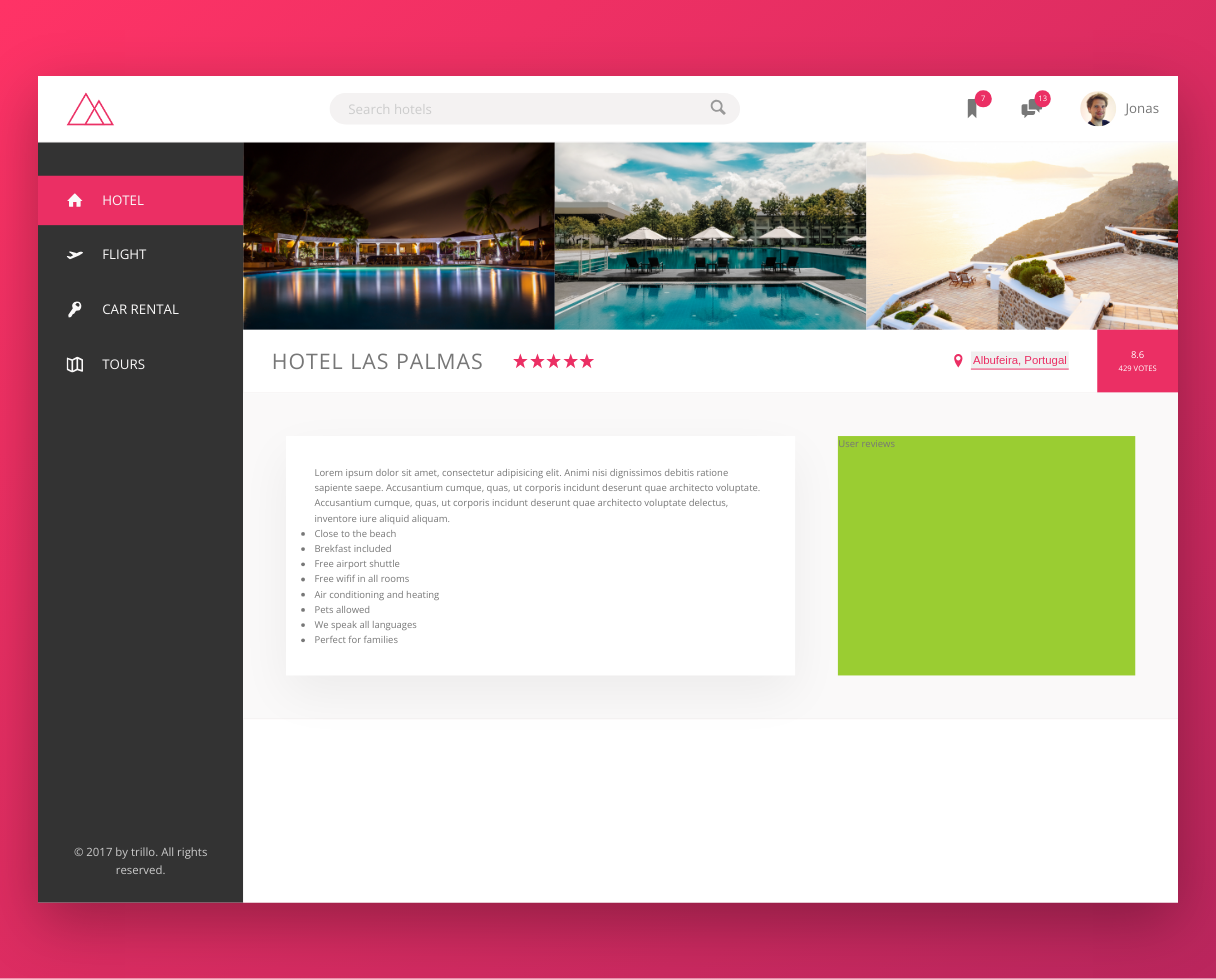
Repository: MalgorzataMazur/Trillo
Page: index.html
An editor plug-in stored every save of this project. The page is shown before and after the next save, followed by the edit.
The browser window is 1280 px wide. The pictures show the whole page, at 95% of full size.
The style sheet was rebuilt from its Sass, Less or Tailwind sources for each picture, by a compiler version that may differ from the author's.

Above is the page before, as saved 2020-03-27 18:55:32.

### index.html
<!DOCTYPE html>
<html lang="en">
    <head>
        <meta charset="UTF-8">
        <meta name="viewport" content="width=device-width, initial-scale=1.0">

        <link href="https://fonts.googleapis.com/css?family=Open+Sans:300,400,600" rel="stylesheet">
        <link rel="stylesheet" href="css/style.css">
        <link rel="shortcut icon" type="image/png" href="img/favicon.png">

        <title>trillo &mdash; Your all-in-one booking app</title>
    </head>
    <body>
        <div class="container">
            <header class="header">
                <img src="img/logo.png" alt="trillo logo" class="logo">

                <form action="#" class="search">
                    <input type="text" class="search__input" placeholder="Search hotels">
                    <button class="search__button">
                        <svg class="search__icon">
                            <use xlink:href="img/sprite.svg#icon-magnifying-glass"></use> <!--include svg -->
                        </svg>
                    </button>
                </form>

                <nav class="user-nav">
                    <div class="user-nav__icon-box">
                        <svg class="user-nav__icon">
                            <use xlink:href="img/sprite.svg#icon-bookmark"></use>
                        </svg>
                        <span class="user-nav__notification">7</span>
                    </div>
                    <div class="user-nav__icon-box">
                        <svg class="user-nav__icon">
                            <use xlink:href="img/sprite.svg#icon-chat"></use>
                        </svg>
                        <span class="user-nav__notification">13</span>
                    </div>
                    <div class="user-nav__user">
                        <img src="img/user.jpg" alt="User photo" class="user-nav__user-photo">
                        <span class="user-nav__user-name">Jonas</span>
                    </div>
                </nav>
            </header>
            <div class="content">
                <nav class="sidebar">
                    <ul class="side-nav">
                        <li class="side-nav__item side-nav__item--active">
                            <a href="#" class="side-nav__link">
                                <svg class="side-nav__icon">
                                    <use xlink:href="img/sprite.svg#icon-home"></use>
                                </svg>
                                <span>Hotel</span>
                            </a>
                        </li>
                        <li class="side-nav__item">
                            <a href="#" class="side-nav__link">
                                <svg class="side-nav__icon">
                                    <use xlink:href="img/sprite.svg#icon-aircraft-take-off"></use>
                                </svg>
                                <span>Flight</span>
                            </a>
                        </li>
                        <li class="side-nav__item">
                            <a href="#" class="side-nav__link">
                                <svg class="side-nav__icon">
                                    <use xlink:href="img/sprite.svg#icon-key"></use>
                                </svg>
                                <span>Car rental</span>
                            </a>
                        </li>
                        <li class="side-nav__item">
                            <a href="#" class="side-nav__link">
                                <svg class="side-nav__icon">
                                    <use xlink:href="img/sprite.svg#icon-map"></use>
                                </svg>
                                <span>Tours</span>
                            </a>
                        </li>
                    </ul>

                    <div class="legal">
                        &copy; 2017 by trillo. All rights reserved. <!-- html entity -->
                    </div>
                </nav>


                <main class="hotel-view">
                    <div class="gallery">
                        <figure class="gallery__item">
                            <img src="img/hotel-1.jpg" alt="Photo of hotel 1" class="gallery__photo">
                        </figure>
                        <figure class="gallery__item">
                            <img src="img/hotel-2.jpg" alt="Photo of hotel 2" class="gallery__photo">
                        </figure>
                        <figure class="gallery__item">
                            <img src="img/hotel-3.jpg" alt="Photo of hotel 3" class="gallery__photo">
                        </figure>
                    </div>

                    <div class="overview">
                        <h1 class="overview__heading">
                            Hotel Las Palmas
                        </h1>

                        <div class="overview__stars">
                            <svg class="overview__icon-star">
                                <use xlink:href="img/sprite.svg#icon-star"></use>
                            </svg>
                            <svg class="overview__icon-star">
                                <use xlink:href="img/sprite.svg#icon-star"></use>
                            </svg>
                            <svg class="overview__icon-star">
                                <use xlink:href="img/sprite.svg#icon-star"></use>
                            </svg>
                            <svg class="overview__icon-star">
                                <use xlink:href="img/sprite.svg#icon-star"></use>
                            </svg>
                            <svg class="overview__icon-star">
                                <use xlink:href="img/sprite.svg#icon-star"></use>
                            </svg>
                        </div>

                        <div class="overview__location">
                            <svg class="overview__icon-location">
                                <use xlink:href="img/sprite.svg#icon-location-pin"></use>
                            </svg>
                            <button class="btn-inline">Albufeira, Portugal</button>
                        </div>

                        <div class="overview__rating">
                            <div class="overiew__rating-average">8.6</div>
                            <div class="overview__rating-count">429 votes</div>
                        </div>
                    </div>

                    <div class="detail">
                        <div class="description">
                             <p class="paragraph">
                                Lorem ipsum dolor sit amet, consectetur adipisicing elit. Animi nisi dignissimos debitis ratione sapiente saepe. Accusantium cumque, quas, ut corporis incidunt deserunt quae architecto voluptate.
                             </p>
                             <p class="paragraph">
                                Accusantium cumque, quas, ut corporis incidunt deserunt quae architecto voluptate delectus, inventore iure aliquid aliquam.
                             </p>
                             <ul class="list">
                                 <li class="list__item">Close to the beach</li>
                                 <li class="list__item">Brekfast included</li>
                                 <li class="list__item">Free airport shuttle</li>
                                 <li class="list__item">Free wifif in all rooms</li>
                                 <li class="list__item">Air conditioning and heating</li>
                                 <li class="list__item">Pets allowed</li>
                                 <li class="list__item">We speak all languages</li>
                                 <li class="list__item">Perfect for families</li>
                             </ul>
                        </div>

                        <div class="user-reviews">
                            User reviews
                        </div>
                    </div>

                </main>
            </div>

        </div>
    </body>
</html>

### sass/_base.scss
//variable will be avuialable for entire documents here, global parent of elelemnt
:root { //root pseudoclass the same like ktml but higher specifity //css custom proiperties variables I use here define in declaration bloxk remember
    --color-primary: #eb2f64;
    --color-primary-light: #FF3366;
    --color-primary-dark: #BA265D;

    --color-grey-light-1: #faf9f9;
    --color-grey-light-2: #f4f2f2;
    --color-grey-light-3: #f0eeee;
    --color-grey-light-4: #ccc;

    --color-grey-dark-1: #333;
    --color-grey-dark-2: #777;
    --color-grey-dark-3: #999;

    --shadow-dark: 0 2rem 6rem rgba(0,0,0,.3);
    --shadow-light: 0 2rem 5rem rgba(0,0,0,.06);

    --line: 1px solid var(--color-grey-light-2);

}

* { //first global settings *,htm, body
    margin: 0;
    padding: 0;
}

*,
*::before,
*::after {
    box-sizing: inherit;
}

html {
    box-sizing: border-box;
    font-size: 62.5%; //1rem = 10px, 10px/16px = 62.5%
}

body {
    font-family: 'Open Sans', sans-serif;
    font-weight: 400;
    line-height: 1.6;
    color: var(--color-grey-dark-2);
    background-image: linear-gradient(to right bottom, var(--color-primary-light), var(--color-primary-dark)); //gradient from the left top cornet to right bottom corner
    background-size: cover;
    background-repeat: no-repeat; //default is repeat in css

    min-height: 100vh; //min height but if height can be bigger than that will be simply bigger
}

### sass/_layout.scss
.container {
    max-width: 120rem; //container can decrease if hasn't got enough enough space to display our 120rem,;inaczej 1200px i jesli mniej to zajmie 100% szerokosci portu
    margin: 8rem auto;
    background-color: var(--color-grey-light-1);
    box-shadow: var(--shadow-dark);

    min-height: 50rem;
}

.header {
    font-size: 1.4rem;
    height: 7rem;
    background-color: #fff;
    border-bottom: var(--line);

    display: flex; //cause it is parent element
    justify-content: space-between; // divide empty space between 3 elements
    align-items: center; //wzdłuż osi poprzecznej center
}

.content {
    display: flex;
}

.sidebar {
    background-color: var(--color-grey-dark-1);

    flex: 0 0 18%; //don't want to grow & shrink & we want 18% of width; automatic wil be

    display: flex;
    flex-direction: column; //change the direction of the main axis from left to right to top to bottom
    justify-content: space-between;
}

.hotel-view {
    background-color: #fff;
    ////test
    height: 80rem;

    flex: 1; //by using flex 1 element should grow as much as that can; na tyle ile ma przestrzeni
}

.detail {
    display: flex;
    padding: 4.5rem;
    background-color: var(--color-grey-light-1);
    border-bottom: var(--line);
}

.description {
    background-color: #fff;
    box-shadow: var(--shadow-light); //almost invisible shadow
    padding: 3rem;
    flex: 0 0 60%;
    margin-right: 4.5rem;

}

.user-reviews {
    background-color: yellowgreen;
    flex: 1;
}

### sass/_components.scss
/////////////////////////////////
////LOGO
.logo {
    height: 3.5rem;
    margin-left: 3rem;
}



/////////////////////////////////
////SEARCH
.search {
    flex: 0 0 40%; //grow shrink occupy

    display: flex;//flex item is becoming flex container,; we center loop icon btn
    align-items: center; //center elem along the cross axis
    justify-content: center; //center elem along the main axis

    &__input {
        font-family: inherit;
        font-size: inherit;
        color: inherit;
        background-color: var(--color-grey-light-2);
        border: none;
        border-radius: 100px;
        padding: .7rem 2rem;
        width: 90%;
        transition: all .2s;
        margin-right: -3.25rem; //this way the btn move on top of input

        &:focus {
            outline: none;
            width: 100%;
            background-color: var(--color-grey-light-3);
        }

        &::-webkit-input-placeholder {
            font-weight: 100;
            color: var(--color-grey-light-4);
        }
    }

    &__input:focus + &__button { //sibling, adjust element; the same backgr color
        background-color: var(--color-grey-light-3);
    }

    &__button {
        border: none;
        background-color: var(--color-grey-light-2);

        &:focus {
            outline: none;
        }

        &:active {
            transform: translate(2px);
        }
    }

    &__icon {
        height: 2rem;
        width: 2rem;
        fill: var(--color-grey-dark-3);
}
}



/////////////////////////////////
////USER NAVIGATION
.user-nav {
    align-self: stretch; //żeby one sie rozciagaly, is like align items but for one individual item; ovverite in header align item center

    display: flex; //flex item on the sam etime is flex container
    align-items: center;

    & > * {
        padding: 0 2rem;
        cursor: pointer;
        display: flex;
        height: 100%;
        align-items: center; //when we hoover thy arent on the top; vertical align
   }

    & > *:hover {
        background-color: var(--color-grey-light-2);
    }

    &__icon-box {
        position: relative;
    }

    &__icon {
        height: 2.25rem;
        width: 2.25rem;
        fill: var(--color-grey-dark-2);
    }

    &__notification {
        font-size: .8rem;
        height: 1.75rem;
        width: 1.75rem;
        border-radius: 50%;
        background-color: var(--color-primary);
        color: #fff;
        position: absolute; //parent elememnt is iconbox relative
        top: 1.5rem;
        right: 1.1rem;

        display: flex;
        justify-content: center;
        align-items: center;
    }

    &__user-photo {
        height: 3.75rem;
        border-radius: 50%;
        margin-right: 1rem;
    }
}



/////////////////////////////////
////SIDE NAVIGATION
.side-nav {
    font-size: 1.4rem;
    list-style: none;
    margin-top: 3.5rem;

    &__item {
        position: relative;

        &:not(:last-child) { //all the items except the last one
            margin-bottom: .5rem;
        }
    }

    &__item::before { //line becpmes invisible which then expands to the right side
        content: "";
        position: absolute;
        top: 0;
        left: 0;
        height: 100%;
        width: 3px;
        background-color: var(--color-primary);
        transform: scaleY(0); //normal state without any hover
        transition: transform .2s, //first transform ghappens during .2s & we wait this time .2s until we start transitioning the width .4s
                    width .4s cubic-bezier(1,0,0,1) .2s,
                    background-color .1s; //we can set diffrent settings for diffrent properties. we can have the staged animations where first the transform happens then the width
    }

    &__item:hover::before,
    &__item--active::before {
        transform: scaleY(1); //only occurs Y direction from top to bottom
        width: 100%;
    }

    &__item:active::before {
        background-color: var(--color-primary-light);
    }

    &__link:link,
    &__link:visited {
        color: var(--color-grey-light-1);
        text-decoration: none;
        text-transform: uppercase;
        display: block;
        padding: 1.5rem 3rem;
        position: relative; //on top of the before elem after hover

        display: flex;
        align-items: center; //ikony równo z napisem z listy
    }

    &__icon {
        width: 1.75rem;
        height: 1.75rem;
        margin-right: 2rem;
        fill: currentColor; //means color ofthe current elelemnt or the parent element
    }
}



/////////////////////////////////
////LEGAL TEXT
.legal {
    font-size: 1.2rem;
    color: var(--color-grey-light-4);
    text-align: center;
    padding: 2.5rem;
}



/////////////////////////////////
////SIDE NAVIGATION
.gallery {
    display: flex;

    &__photo {
        width: 100%;
        display: block;
    }
}



/////////////////////////////////
////SIDE NAVIGATION
.overview {
    display: flex; // justify-content: space-between; //evenly distribute all the elements along the main axis
    align-items: center;
    border-bottom: var(--line);

    &__heading {
        font-size: 2.25rem;
        font-weight: 300;
        text-transform: uppercase;
        letter-spacing: 1px;
        padding: 1.5rem 3rem;
    }

    &__stars {
        // flex: 1;
        margin-right: auto; //we created the space without actually stretching out this entire element; element only occypying the space that it needs here
        display: flex;    }

    &__icon-star,
    &__icon-location {
        width: 1.75rem;
        height: 1.75rem;
        fill: var(--color-primary);
    }

    &__location {
        font-size: 1.2rem;
        display: flex;
        align-items: center;
    }

    &__icon-location {
        margin-right: .5rem;
    }

    &__rating {
        background-color: var(--color-primary);
        color: #fff;
        margin-left: 3rem;
        padding: 0 2.25rem;
        align-self: stretch; //occupy all the space that it has available

        display: flex;
        flex-direction: column;
        align-items: center;
        justify-content: center;
    }

    &__rating-average {
        font-size: 2.25rem;
        font-weight: 300;
        margin-bottom: -3px;
    }

    &__rating-count {
        font-size: .8rem;
        text-transform: uppercase;
    }
}



/////////////////////////////////
////BUTTON-LINE
.btn-inline {
    border: none;
    color: var(--color-primary);
    font-size: inherit;
    border-bottom: 1px solid currentColor;
    padding: 2px;
    display: inline-block;
    background-clip: transparent;
    cursor: pointer;
    transition: all .2s;

    &:hover {
        color: var(--color-grey-dark-1); //when hover the border becomes the exact same color as the tex
    }

    &:focus {
        outline: none;
        animation: pulsate 1s infinite;
    }
}

@keyframes pulsate {
    0% { //normal state
        transform: scale(1);
        box-shadow: none;
    }

    50% { //scale a little bit
        transform: scale(1.05);
        box-shadow: 0 1rem 4rem rgba(0,0,0,.25);
    }

    100% { //back to the normal
        transform: scale(1);
        box-shadow: none;
    }
}

Loaded but not shown: sass/main.scss (common file)

After the next save:
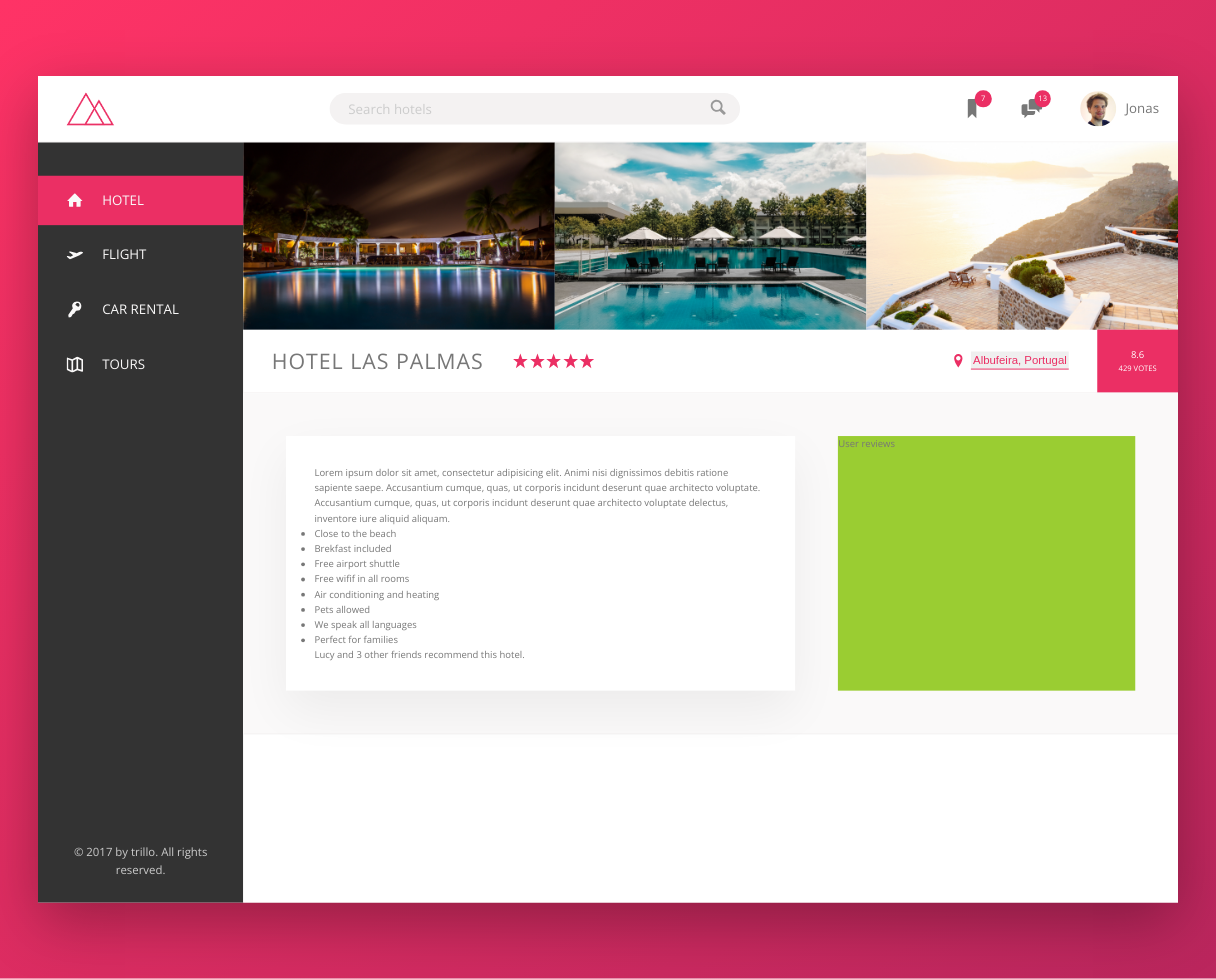
Saved 2 min 40 s later.
--- a/index.html
+++ b/index.html
@@ -153,6 +153,14 @@
                                  <li class="list__item">We speak all languages</li>
                                  <li class="list__item">Perfect for families</li>
                              </ul>
+                             <div class="recommend">
+                                 <p class="recommend__count">
+                                     Lucy and 3 other friends recommend this hotel.
+                                 </p>
+                                 <div class="recommend__friends">
+
+                                 </div>
+                             </div>
                         </div>
 
                         <div class="user-reviews">
